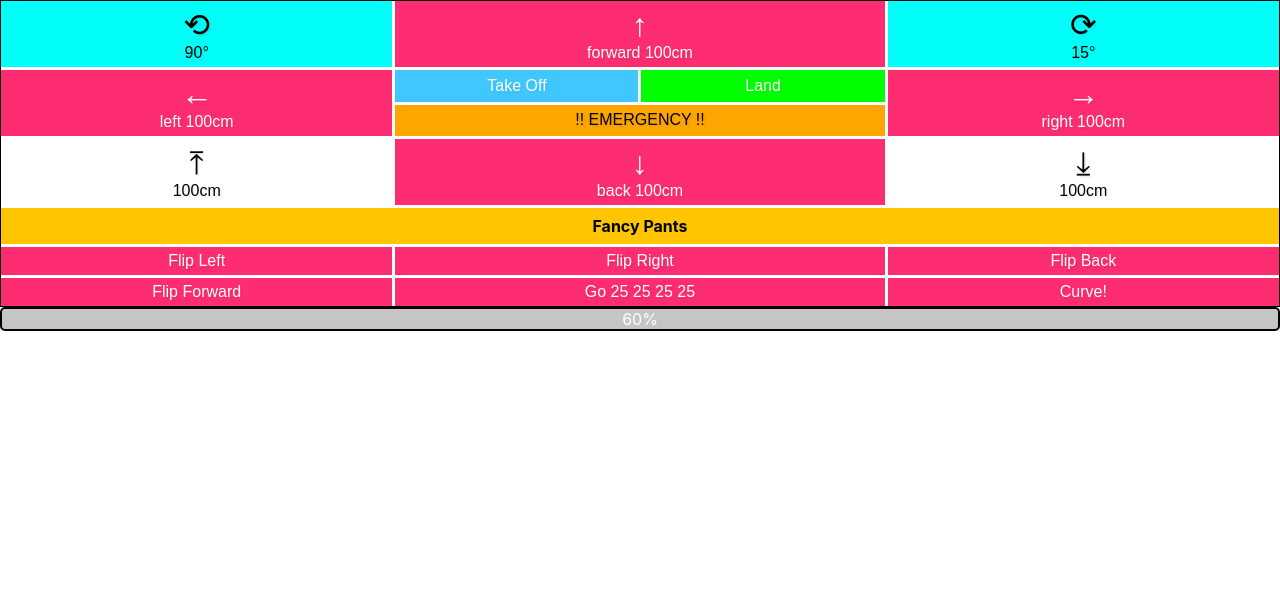
Repository: JivkoJelev91/Drone-Simulator
Page: /
An editor plug-in stored every save of this project. The page is shown before and after the next save, followed by the edit.
The browser window is 1280 px wide. The pictures show the whole page.
The project was rebuilt for these pictures with package versions that can differ from the ones it lists, and the page was loaded fresh each time. Also part of the build but not shown: src/App.css.

Above is the page before, as saved 2018-12-18 10:02:23.

### src/index.css
body {
  margin: 0;
  padding: 0;
  font-family: -apple-system, BlinkMacSystemFont, "Segoe UI", "Roboto", "Oxygen",
    "Ubuntu", "Cantarell", "Fira Sans", "Droid Sans", "Helvetica Neue",
    sans-serif;
  -webkit-font-smoothing: antialiased;
  -moz-osx-font-smoothing: grayscale;
}

code {
  font-family: source-code-pro, Menlo, Monaco, Consolas, "Courier New",
    monospace;
}
.drone{
  width: 7%;
  position: absolute;
  left: 0;
  right: 0;
  bottom: 0;
  margin: auto;
}
.drone img {
  width: 100%;
}

### src/App.js
import React, { Component } from 'react';
import Buttons from './Buttons/Buttons';
import Battery from './Buttons/Battery';
import Drone from './Drone'
import styled from 'styled-components';
import './App.css';

const View = styled.div`
  display:flex;
`;

class App extends Component {
  render() {
    return (
      <div className="App">
          <Buttons />
          <View>
            <Battery />
            <Drone />
          </View>
      </div>
    );
  }
}

export default App;

### src/Buttons/Buttons.js
import styled from 'styled-components';
import React  from 'react';
import Commands from './Commands.js'


const CommandGrid = styled.div`
  display: grid;
  grid-template-columns: 1fr 1.25fr 1fr;
  grid-template-rows: repeat(3, 1fr);
  border: 1px solid black;
  grid-gap: 3px;
  button {
    text-shadow: 2px 2px 0 rgba(0, 0, 0, 0.05);
    border: 0;
    background: #fe2c70;
    border: 4px solid transparent;
    color: white;
    font-size: 1rem;
    position: relative;
    &:active {
      top: 2px;
    }
    &:focus {
      outline: 0;
      border-color: #ffc600;
    }
    &.takeoff {
      background: #41c7ff;
    }
    &.land {
      background: #00ff00;
    }
    &.emergency {
      background: orange;
      text-transform: uppercase;
      color: black;
    }
    &.rotate {
      background: #00fff9;
      color: black;
    }
    &.height {
      background: #fff;
      color: black;
    }
    span.symbol {
      display: block;
      font-size: 2rem;
      font-weight: 400;
    }
  }
  .center {
    display: grid;
    grid-gap: 3px;
    grid-template-columns: 1fr 1fr;
    button:last-child {
      grid-column: span 2;
    }
  }
  h2 {
    grid-column: 1 / -1;
    background: #ffc600;
    margin: 0;
    font-size: 1rem;
    text-align: center;
    padding: 0.5rem;
    color: black;
  }
`;

// function (command) {
//   return function() {
//     console.log(`Sending the command ${command}`);
//     socket.emit('command', command);
//   };
// }

const amount = 100;
const Buttons = () => (
  <CommandGrid>
    <button className="rotate" onClick={Commands.rotate}>
      <span className="symbol">⟲</span> 90°
    </button>
    <button onClick={Commands.forward}>
      <span className="symbol">↑</span> forward {amount}cm
    </button>
    <button className="rotate" onClick={Commands.rotate}>
      <span className="symbol">⟳</span> 15°
    </button>
    <button onClick={Commands.left}>
      <span className="symbol">←</span> left {amount}cm
    </button>
    <div className="center">
      <button className="takeoff" onClick={console.log('works')}>
        Take Off
      </button>
      <button className="land" onClick={console.log('works')}>
        Land
      </button>
      <button className="emergency" onClick={console.log('works')}>
        !! emergency !!
      </button>
    </div>
    <button onClick={console.log('works')}>
      <span className="symbol">→</span>
      right {amount}cm
    </button>
    <button className="height" onClick={console.log('works')}>
      <span className="symbol">⤒</span> {amount}cm
    </button>
    <button onClick={console.log('works')}>
      <span className="symbol">↓</span> back {amount}cm
    </button>
    <button className="height" onClick={console.log('works')}>
      <span className="symbol">⤓</span> {amount}cm
    </button>
    <h2>Fancy Pants</h2>
    <button onClick={console.log('works')}>Flip Left</button>
    <button onClick={console.log('works')}>Flip Right</button>
    <button onClick={console.log('works')}>Flip Back</button>
    <button onClick={console.log('works')}>Flip Forward</button>
    <button onClick={console.log('works')}>Go 25 25 25 25</button>
    <button onClick={console.log('works')}>
      Curve!
    </button>
  </CommandGrid>
);

export default Buttons;

### src/Buttons/Battery.js
import styled from 'styled-components';
import React  from 'react';

const BatteryStyles = styled.div`
  width: 100%;
  --color: '#bb0707';
  border: 2px solid black;
  border-radius: 5px;
  overflow: hidden;
  display: flex;
  flex-direction: column-reverse;
  /* box-shadow: 0 0 10px var(--color); */
  background: #c5c5c5;
  .batteryLevel {
    transition: all 0.5s;
    height: 100%;
    text-align: center;
    color: white;
    display: block;
    background: var(--color);
  }
`;

const Battery = () => (
  <BatteryStyles>
    <span className="batteryLevel">60%</span>
  </BatteryStyles>
);

export default Battery;

### src/Drone.js
import React, { Component } from 'react';
import dronePic from './images/drone.png'

import styled from 'styled-components';

const DroneStyle = styled.div`
  position:relative
`;

class Drone extends Component {
  render() {
    return (
    <DroneStyle>
      <div className="drone">
        <img src={dronePic} alt="drone"/>
      </div>
    </DroneStyle>
    );
  }
}

export default Drone;

### src/Buttons/Commands.js


export default {
    rotate(){
        return console.log('rotate!!');
    },
    forward(){
        return console.log('forward');
    },
    back(){
        return console.log('back');
    },
    left(){
        return console.log('left');
    },
    right(){
        return console.log('right');
    },
}

Loaded but not shown: public/index.html (common file); src/index.js (common file); src/serviceWorker.js (common file)

After the next save:
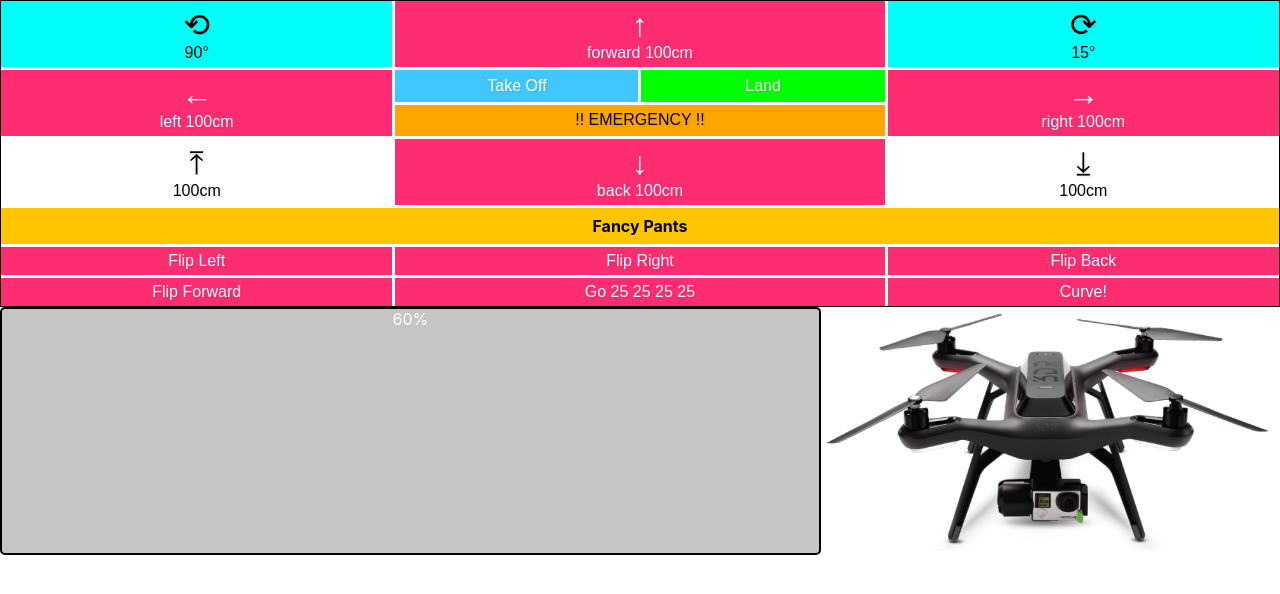
Saved 6 s later.
--- a/src/index.css
+++ b/src/index.css
@@ -12,14 +12,7 @@
   font-family: source-code-pro, Menlo, Monaco, Consolas, "Courier New",
     monospace;
 }
-.drone{
-  width: 7%;
-  position: absolute;
-  left: 0;
-  right: 0;
-  bottom: 0;
-  margin: auto;
-}
+
 .drone img {
   width: 100%;
 }
